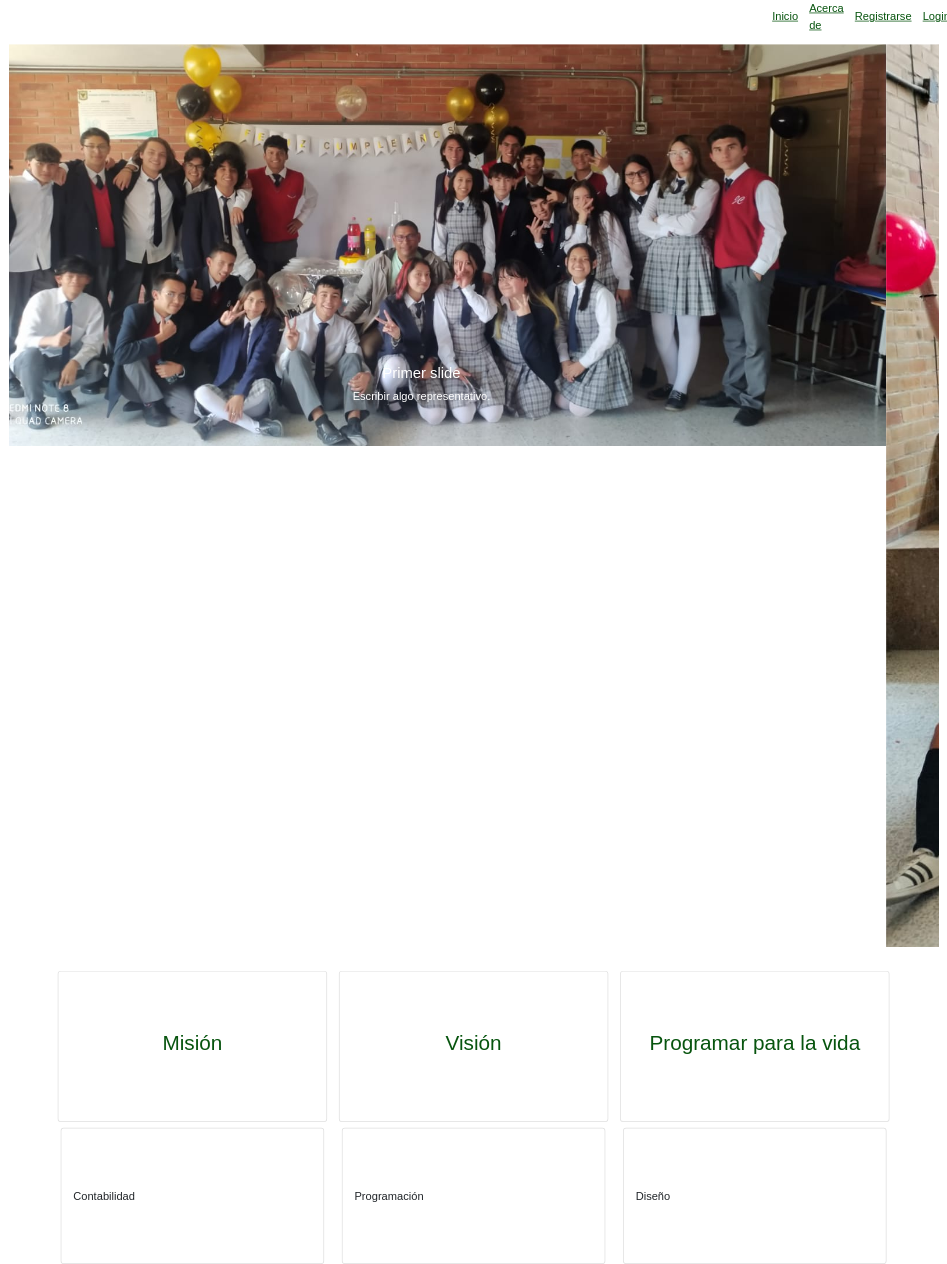
Repository: AntonnySant/webColegio
Page: index.html
The author's editor kept a copy of each file at every save. The page is drawn from the files as they stood at one save, then again after the next save.
The browser window is 1280 px wide. The pictures show the whole page, at 74% of full size.

Above is the page before, as saved 2023-10-17 17:17:46.
Console error: TypeError: Cannot set properties of null (setting 'onclick')

After the next save:
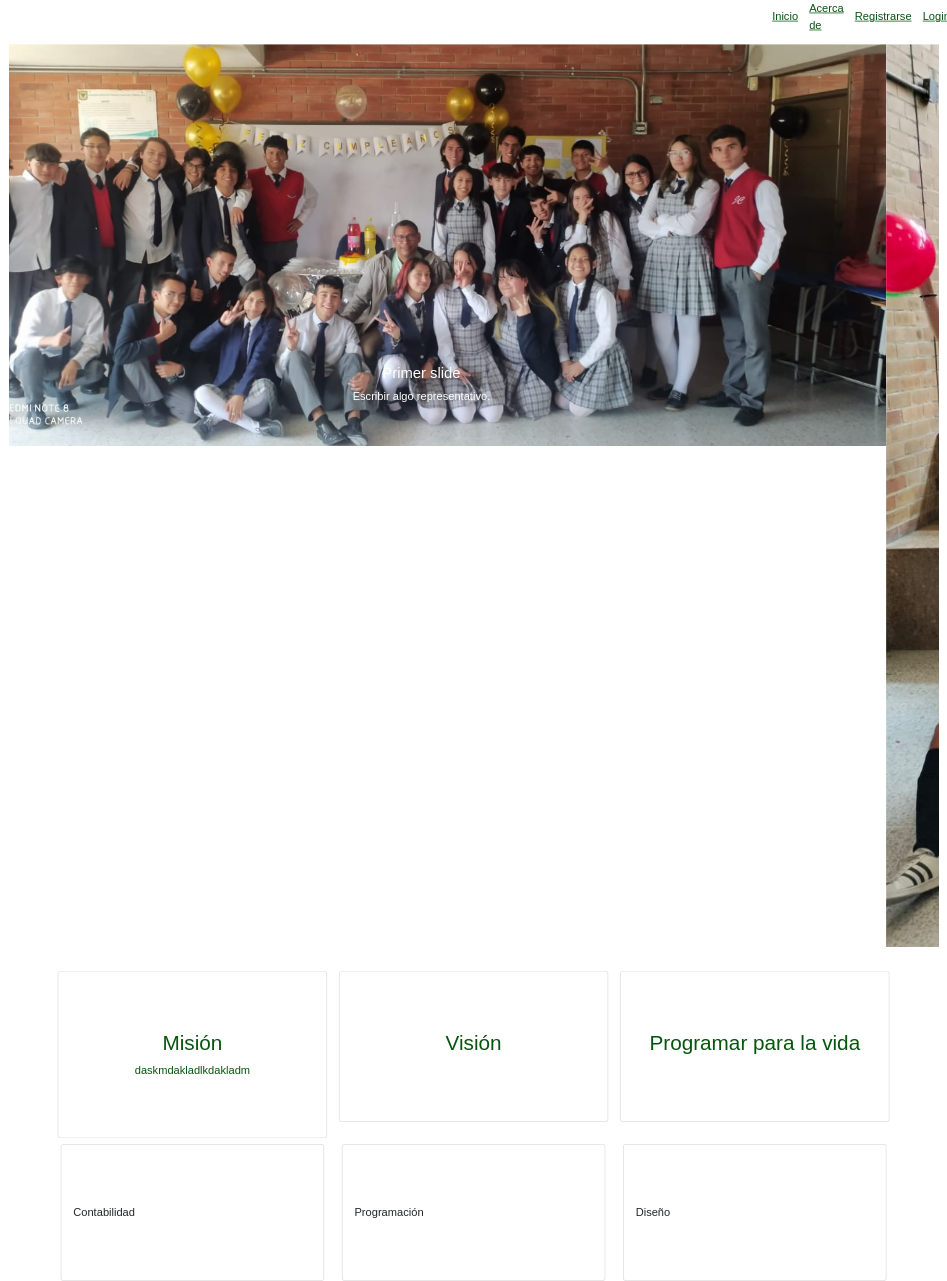
Saved 37 s later.
--- a/index.html
+++ b/index.html
@@ -134,7 +134,7 @@
                                 <!-- Button trigger modal -->
 
                                 <h3>Misión</h3>
-
+daskmdakladlkdakladm
 
                                 <!-- Modal -->
                                 <div class="modal fade" id="exampleModal" tabindex="-1"

After the save that followed:
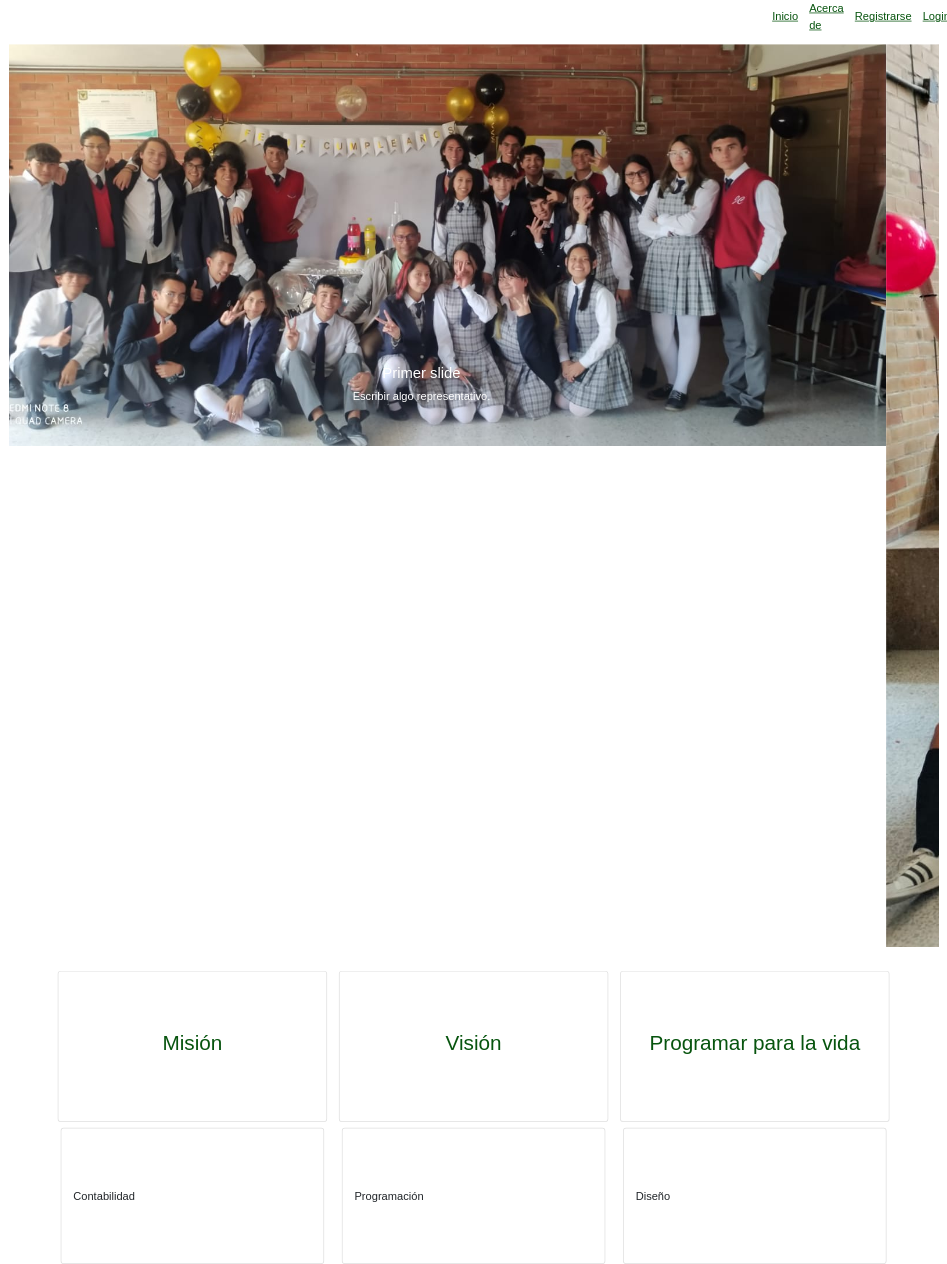
Saved 12 s later.
--- a/index.html
+++ b/index.html
@@ -134,7 +134,7 @@
                                 <!-- Button trigger modal -->
 
                                 <h3>Misión</h3>
-daskmdakladlkdakladm
+
 
                                 <!-- Modal -->
                                 <div class="modal fade" id="exampleModal" tabindex="-1"
@@ -147,7 +147,7 @@
                                                     aria-label="Close"></button>
                                             </div>
                                             <div class="modal-body">
-                                                ...
+                                                sdldkssdklsk
                                             </div>
                                             <div class="modal-footer">
                                                 <button type="button" class="btn btn-secondary"
